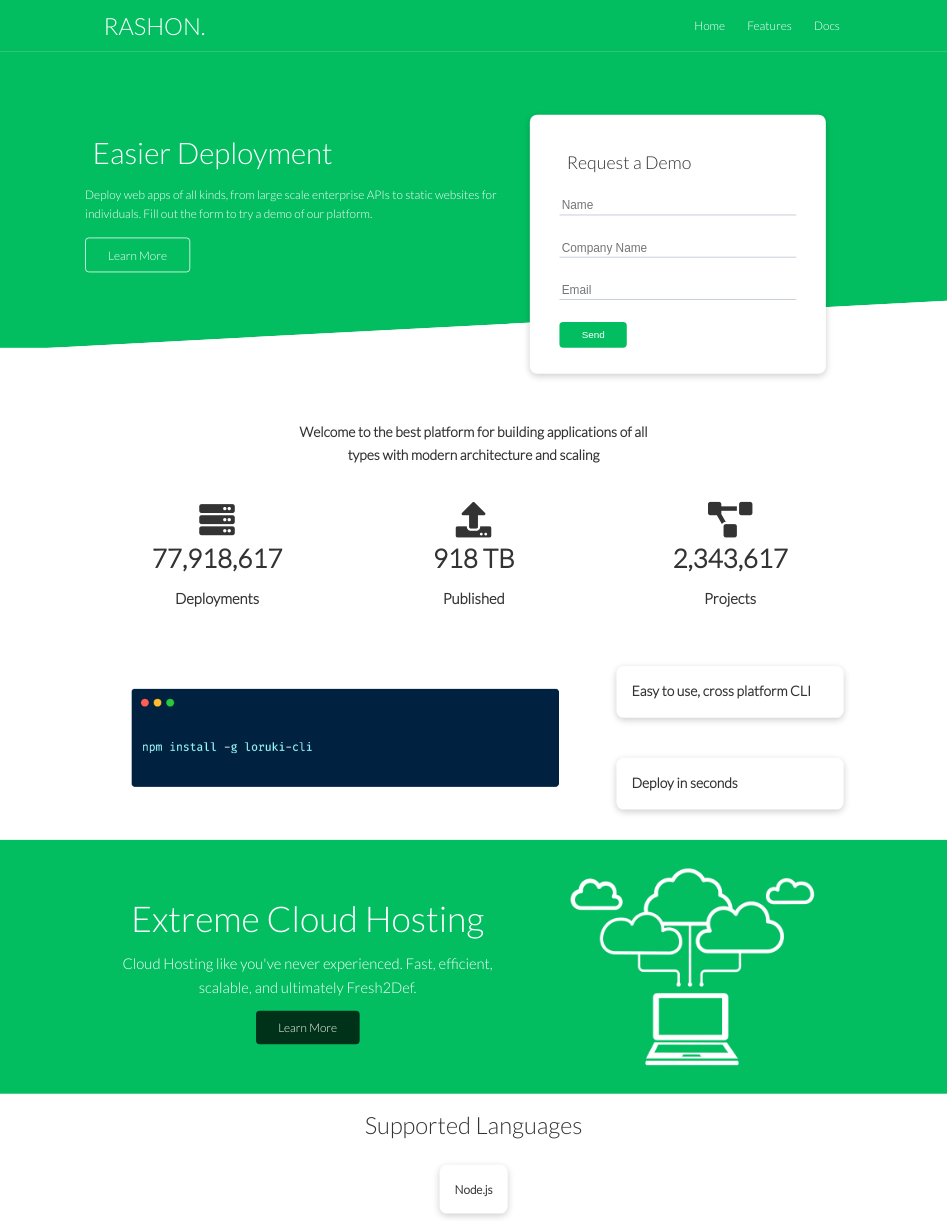
Repository: Skilis/website-modern
Page: index.html
The author's editor kept a copy of each file at every save. The page is drawn from the files as they stood at one save, then again after the next save.
The browser window is 1280 px wide. The pictures show the whole page, at 74% of full size.

Above is the page before, as saved 2020-10-23 15:45:42.

After the next save:
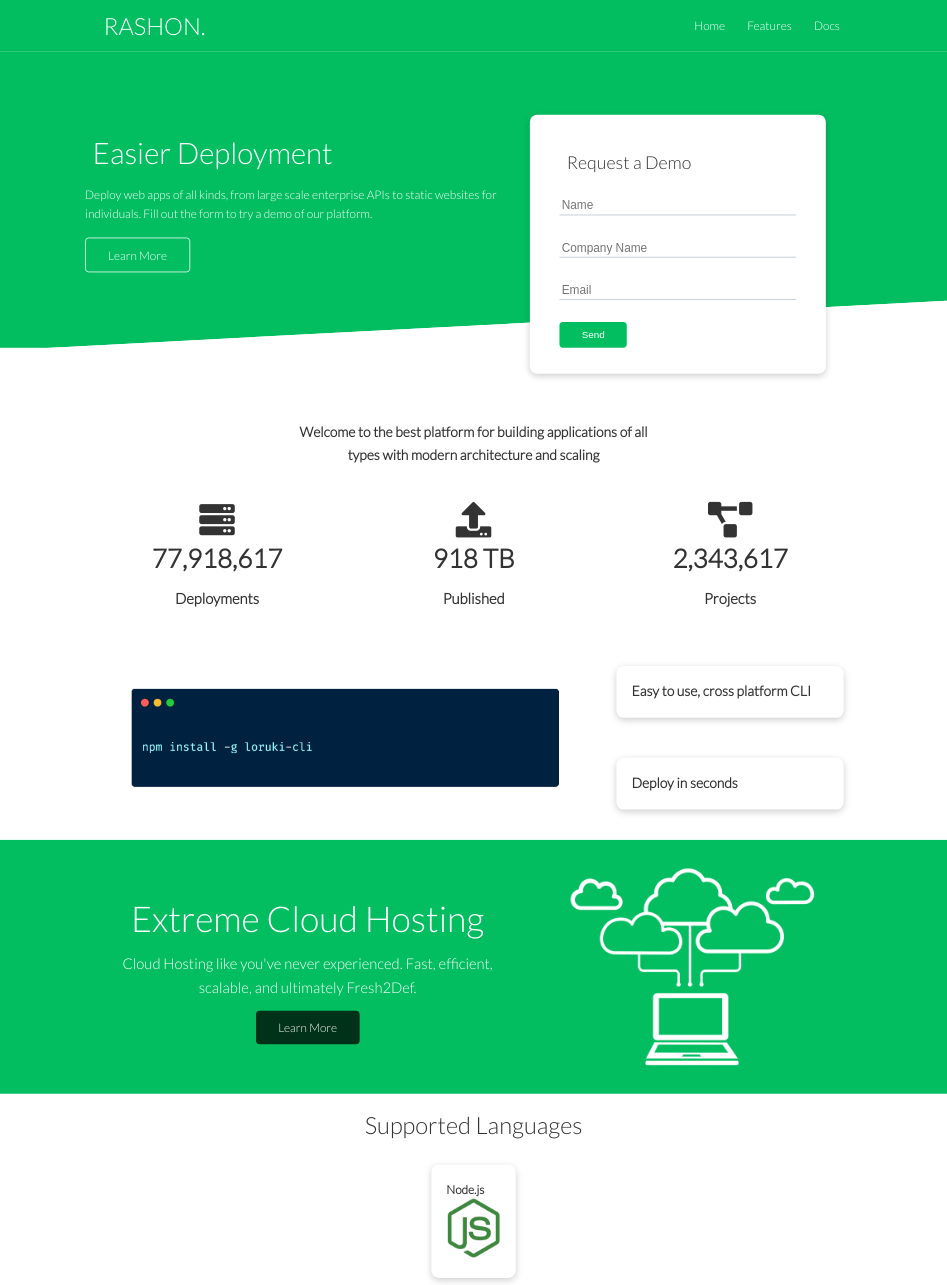
Saved 42 s later.
--- a/index.html
+++ b/index.html
@@ -125,11 +125,4 @@
     <div class="container flex">
       <div class="card">
         <h4>Node.js</h4>
-      </div>
-    </div>
-  </section>
-
-
-</body>
-
-</html>
+        <img src="images/logos/node.png" </div> </div> </section> </body> </html>
